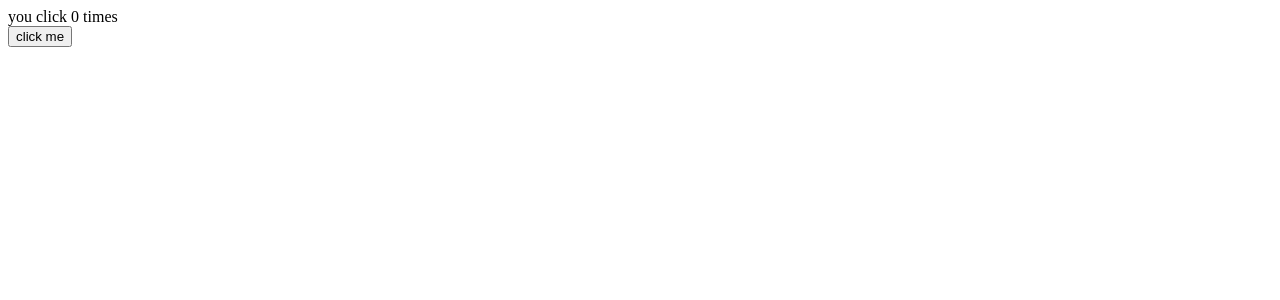
Repository: fuuka10969/react
Page: / (app in demo/react-hooks/demo01/)
An editor plug-in stored every save of this project. The page is shown before and after the next save, followed by the edit.
The browser window is 1280 px wide. The pictures show the whole page.
The project was rebuilt for these pictures with package versions that can differ from the ones it lists, and the page was loaded fresh each time.

Above is the page before, as saved 2021-02-11 14:45:30.

### demo/react-hooks/demo01/src/index.js
import React from 'react';
import ReactDOM from 'react-dom';
import Example from './Example';
// import Example2 from './Example2';

ReactDOM.render(
    <Example />,
  document.getElementById('root')
);

### demo/react-hooks/demo01/src/Example.js
import React, { useState, useEffect } from 'react';
import {BrowserRouter as Router, Route, Link } from 'react-router-dom'

function Index() {
  return (
    <div>shouye</div>
  )
}

function Example() {
  const [count, setCount] = useState(0) // 数组解构
  useEffect(() => {
    console.log('useEffect', count)
  })
  return (
    <div>
        <div>you click {count} times</div>
        <button onClick={() => setCount(count+1)}>click me</button>
      </div>
  )
}

export default Example;

Loaded but not shown: demo/react-hooks/demo01/public/index.html (common file)

After the next save:
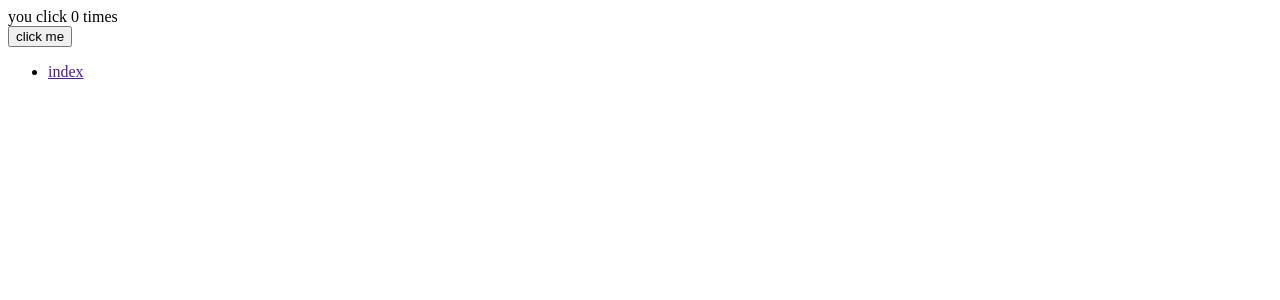
Saved 82 s later.
--- a/demo/react-hooks/demo01/src/Example.js
+++ b/demo/react-hooks/demo01/src/Example.js
@@ -3,7 +3,13 @@ import {BrowserRouter as Router, Route, Link } from 'react-router-dom'
 
 function Index() {
   return (
-    <div>shouye</div>
+    <div>index page</div>
+  )
+}
+
+function List() {
+  return (
+    <div>list page</div>
   )
 }
 
@@ -16,6 +22,12 @@ function Example() {
     <div>
         <div>you click {count} times</div>
         <button onClick={() => setCount(count+1)}>click me</button>
+        <Router>
+          <ul>
+            <li><Link>index</Link></li>
+          </ul>
+          <Route path="/"></Route>
+        </Router>
       </div>
   )
 }
